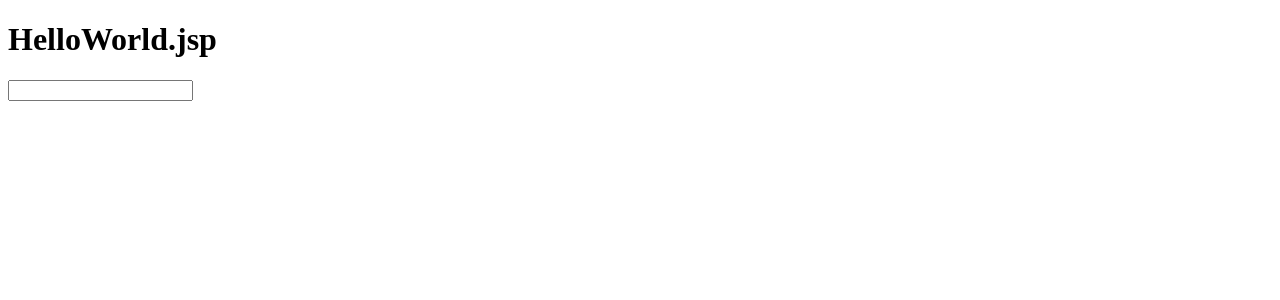
Repository: Eric-Chan-CYS/CYSSTS
Page: http://localhost/test1/HelloWorld
An editor plug-in stored every save of this project. The page is shown before and after the next save, followed by the edit.
The browser window is 1280 px wide. The pictures show the whole page.
The page is served by Tomcat 9.

Above is the page before, as saved 2017-12-01 08:54:45.

After the next save:
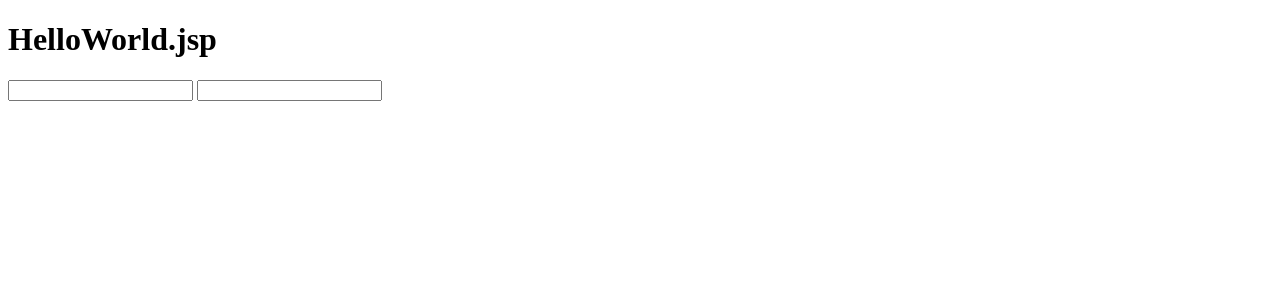
Saved 59 s later.
--- a/CYSSTS-workspace/test1/WebContent/WEB-INF/views/HelloWorld.jsp
+++ b/CYSSTS-workspace/test1/WebContent/WEB-INF/views/HelloWorld.jsp
@@ -8,6 +8,7 @@
 </head>
 <body>
 <h1>HelloWorld.jsp</h1>
-<input>
+<input name="username">
+<input name="password">
 </body>
 </html>
